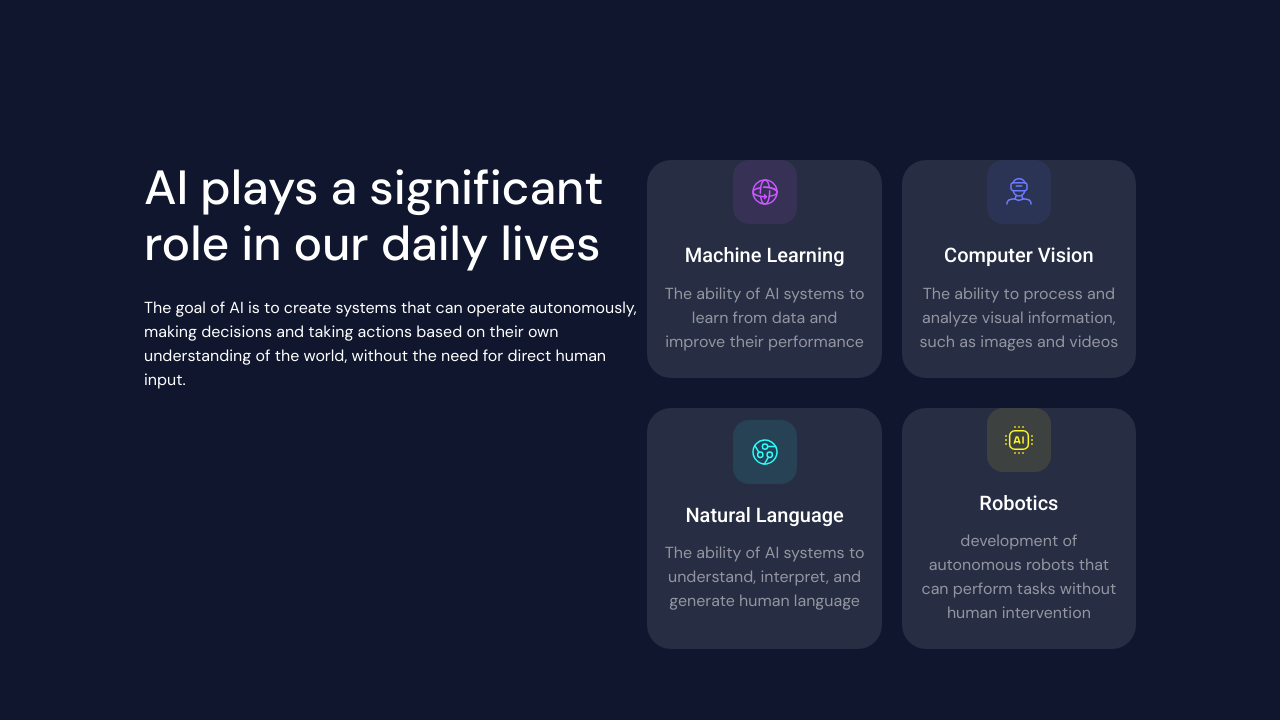
Repository: alphatra/INVO-Academy
Page: / (app in [lvl 1] Sekcja 4 obszarów AI/Starter-code/)
These files come from the project's save history. The page is drawn as it stood at one moment and after the next save; the edit follows.
The browser window is 1280 px wide. The pictures show the whole page.
The project was rebuilt for these pictures with package versions that can differ from the ones it lists, and the page was loaded fresh each time.

Above is the page before, as saved 2023-02-23 23:38:42.
Console error: TypeError: Cannot read properties of null (reading 'addEventListener')

After the next save:
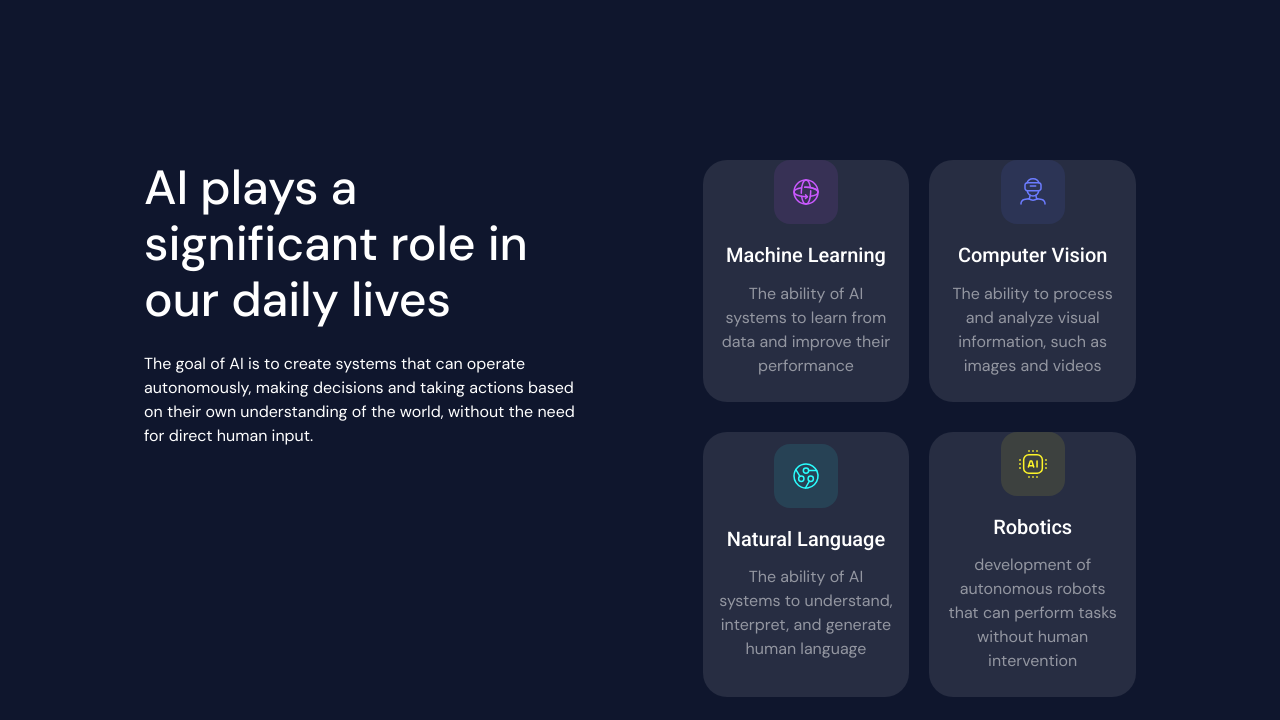
Saved 9 s later.
--- a/[lvl 1] Sekcja 4 obszarów AI/Starter-code/src/pages/home-page/styles/home-page.scss
+++ b/[lvl 1] Sekcja 4 obszarów AI/Starter-code/src/pages/home-page/styles/home-page.scss
@@ -16,6 +16,7 @@
         display: flex;
         flex-direction: row;
         justify-content: center;
+        gap: 7em;
         margin-top: 8em;
     }
 
